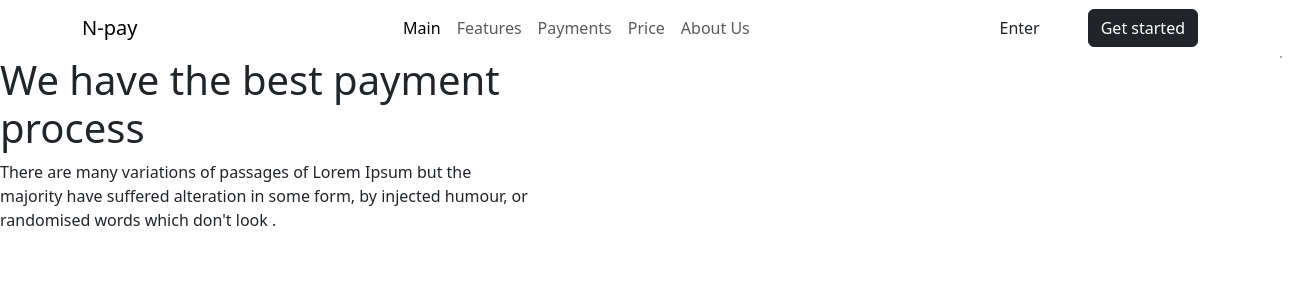
Repository: Senianga/N-pay
Page: index.html
An editor plug-in stored every save of this project. The page is shown before and after the next save, followed by the edit.
The browser window is 1280 px wide. The page is 1292 px wide, so the pictures cover 1292 px, including what lies to the right of the window. The pictures show the whole page.
The style sheet was rebuilt from its Sass, Less or Tailwind sources for each picture, by a compiler version that may differ from the author's.

Above is the page before, as saved 2023-05-01 15:04:38.

After the next save:
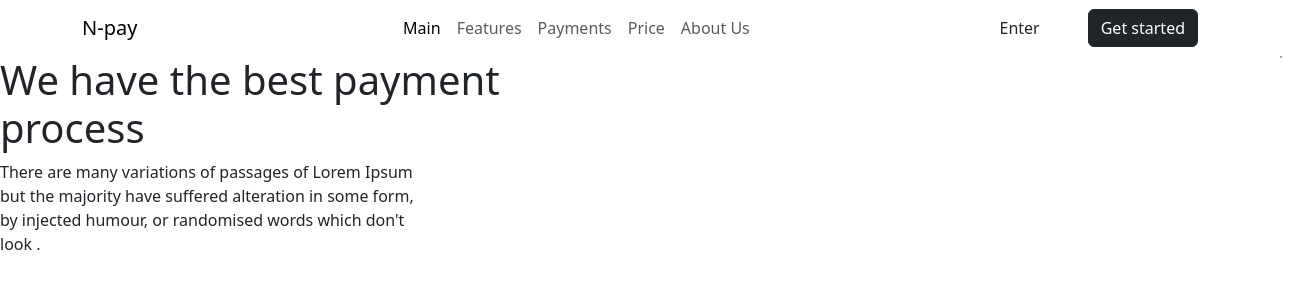
Saved 6 s later.
--- a/index.html
+++ b/index.html
@@ -53,7 +53,7 @@
                             We have the best
                             payment process
                         </h1>
-                        <p class="col-5">
+                        <p class="col-4">
                             There are many variations of passages of Lorem Ipsum
                             but the majority have suffered alteration in some form, by injected humour, or randomised words which don't look .
                         </p>
